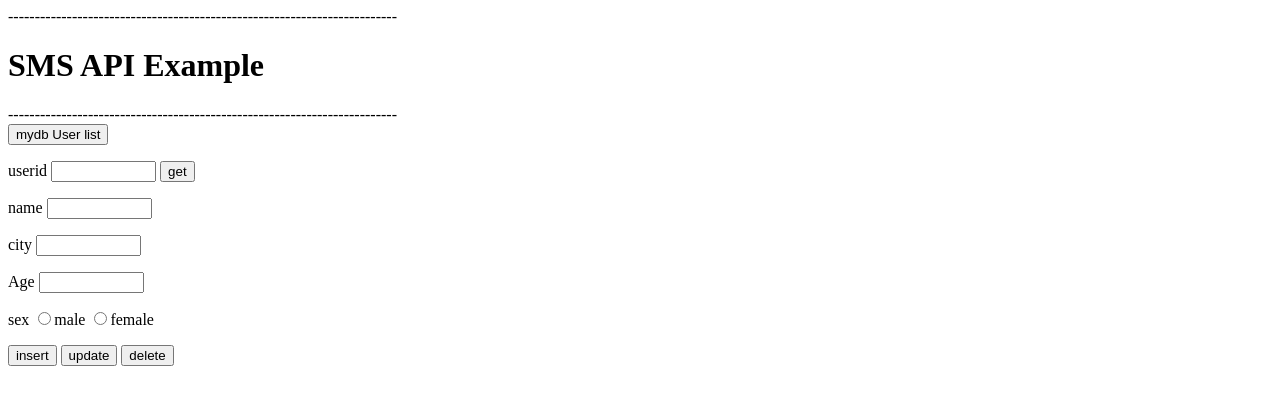
Repository: impelfin/anew
Page: node/sens/views/index.html
The author's editor kept a record of every edit. The page is drawn from the files as they stood at one moment, then again after the next edit.
The browser window is 1280 px wide. The pictures show the whole page.

Above is the page before.

### node/sens/views/index.html
<!DOCTYPE html>
<html>
<head>
<meta charset="UTF-8">
<title>SMS API Example</title>
</head>
<body>
-------------------------------------------------------------------------<br>
<h1> SMS API Example </h1>
-------------------------------------------------------------------------<br>
<form method='post' action='/insert' name='mongoform' >
      <input type='button' value='mydb User list'  onclick='location.href="/list"' >
      <p>
      userid <input type='text' size='10' name='userid'>
      <input type='button' value='get' onclick='location.href="/get?input="+document.mongoform.userid.value'>
      <p>
      name <input type='text' size='10' name='name'>
      <p>
      city <input type='text' size='10' name='city'>
      <p>
      Age <input type='text' size='10' name='age'>
      <p>
      sex <input type='radio' name='sex' value='male'>male
      <input type='radio' name='sex' value='female'>female
      <p>
      <input type='submit' value='insert' onclick='this.form.action="/insert"' >
      <input type='submit' value='update' onclick='this.form.action="/update"' >
      <input type='submit' value='delete' onclick='this.form.action="/delete"' >
</form>
</body>
</html>

After the next edit:
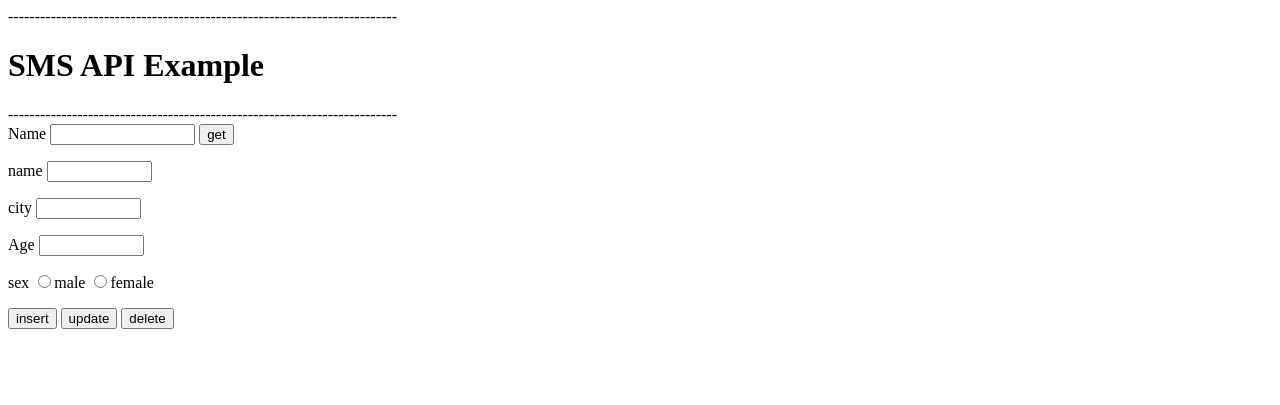
The edit:
--- a/node/sens/views/index.html
+++ b/node/sens/views/index.html
@@ -8,10 +8,8 @@
 -------------------------------------------------------------------------<br>
 <h1> SMS API Example </h1>
 -------------------------------------------------------------------------<br>
-<form method='post' action='/insert' name='mongoform' >
-      <input type='button' value='mydb User list'  onclick='location.href="/list"' >
-      <p>
-      userid <input type='text' size='10' name='userid'>
+<form method='post' action='/send_sms' name='userForm' target='targetURL'>
+      Name <input type='text' size='15' name='name'>
       <input type='button' value='get' onclick='location.href="/get?input="+document.mongoform.userid.value'>
       <p>
       name <input type='text' size='10' name='name'>
